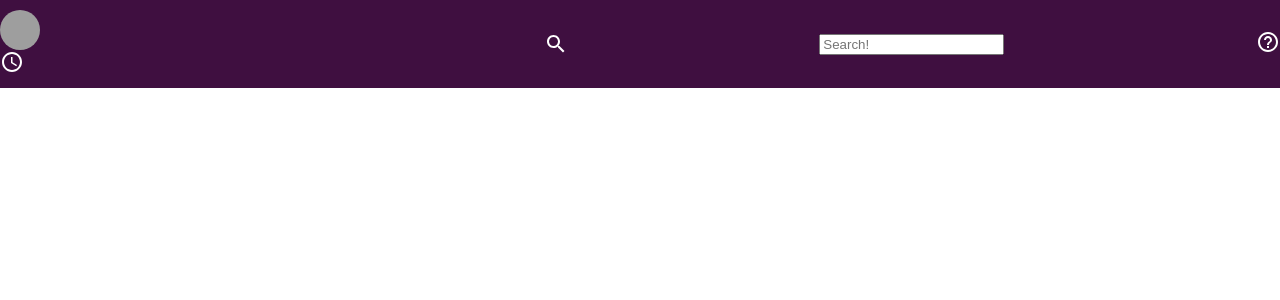
Repository: mminhaz93/React-Slack-Clone
Page: /
The author's editor kept a copy of each file at every save. The page is drawn from the files as they stood at one save, then again after the next save.
The browser window is 1280 px wide. The pictures show the whole page.
Pictures or frames that could not be fetched are drawn as grey boxes. The project was rebuilt for these pictures with package versions that can differ from the ones it lists, and the page was loaded fresh each time.

Above is the page before, as saved 2020-08-13 20:05:40.

After the next save:
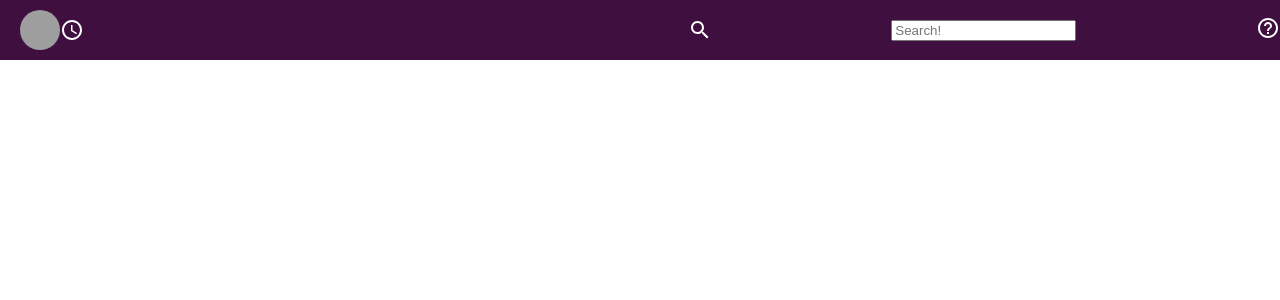
Saved 66 s later.
--- a/src/Header.css
+++ b/src/Header.css
@@ -6,3 +6,10 @@
   background-color: var(--slack-color);
   color: white;
 }
+
+.headerLeft {
+  flex: 0.3;
+  display: flex;
+  align-items: center;
+  margin-left: 20px;
+}
